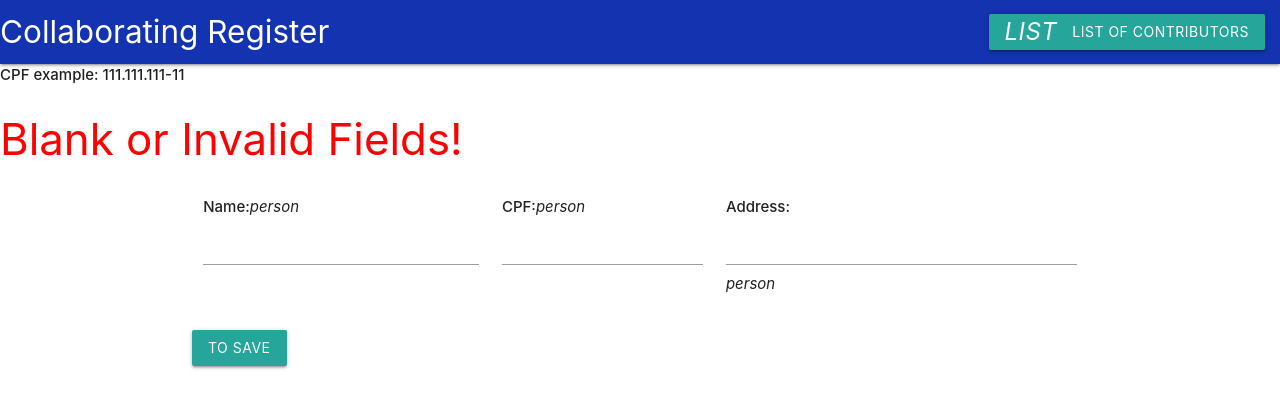
Repository: matheusf98/Api-REST_Brasilprev
Page: http://localhost/collaborator/formCollaboratorError
The author's editor kept a copy of each file at every save. The page is drawn from the files as they stood at one save, then again after the next save.
The browser window is 1280 px wide. The pictures show the whole page.
The page is this project's Thymeleaf template; nobody is signed in. The template is opened directly, without the code that normally fills it, so the values that code supplies are empty.

Above is the page before, as saved 2020-09-15 02:59:16.

After the next save:
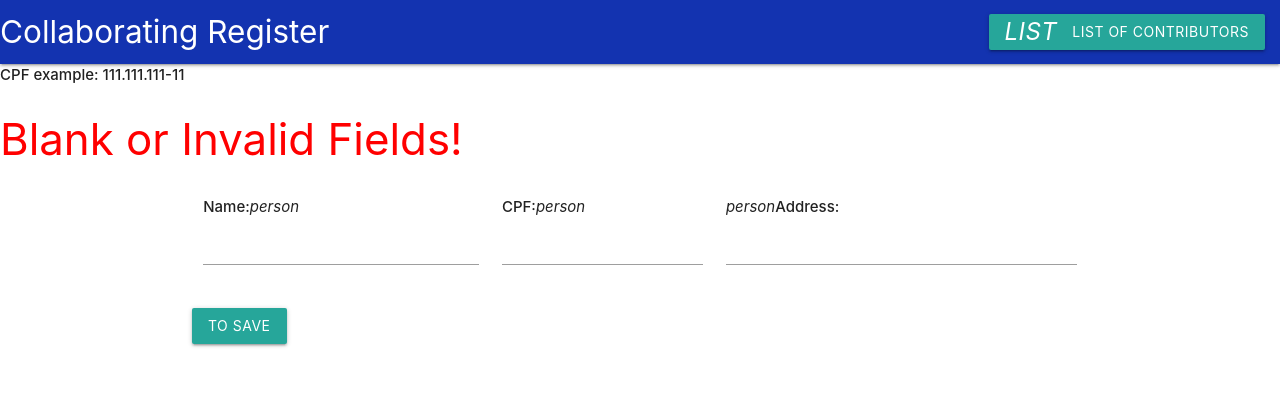
Saved 2 min 11 s later.
--- a/collaborator/src/main/resources/templates/collaborator/formCollaboratorError.html
+++ b/collaborator/src/main/resources/templates/collaborator/formCollaboratorError.html
@@ -33,7 +33,7 @@
 			<strong>CPF:</strong><i class="material-icons center">person</i><input type="text" value="" name="cpf"/>
 		</div>
 		<div class="input-field col s5">
-			<strong>Address:</strong><input type="text" value="" name="address"/><i class="material-icons center">person</i>
+			<i class="material-icons center">person</i><strong>Address:</strong><input type="text" value="" name="address"/>
 		</div>
 	</div>
 		<button class="waves-effect waves-light btn" type="submit">To save</button>
